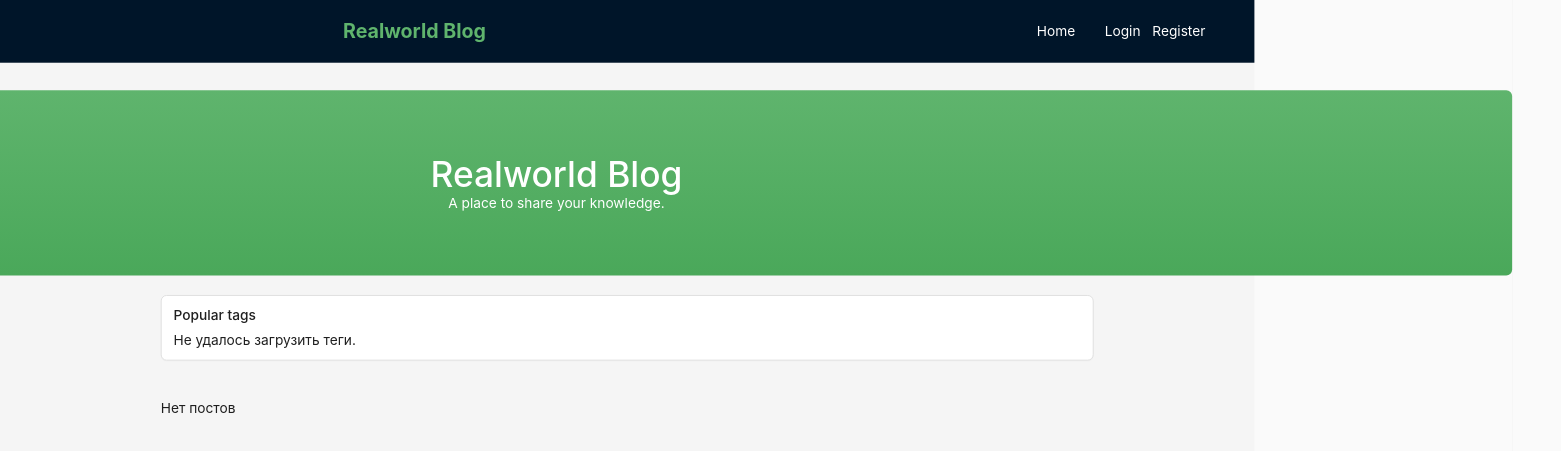
Repository: Rafged/S1mple-blog
Page: / (app in S1mple-blog-main/)
The author's editor kept a copy of each file at every save. The page is drawn from the files as they stood at one save, then again after the next save.
The browser window is 1280 px wide. The page is 1543 px wide, then 1593 px, so the pictures cover 1593 px, including what lies to the right of the window. The pictures show the whole page, at 98% of full size.
The page's requests for data from a server got no answer. The project was rebuilt for these pictures with package versions that can differ from the ones it lists, and the page was loaded fresh each time. No one was signed in, and anything a server would have sent is missing. Also part of the build but not shown: S1mple-blog-main/vite.config.js, S1mple-blog-main/src/pages/Login.jsx, S1mple-blog-main/src/pages/Register.jsx, S1mple-blog-main/src/pages/NewPost.jsx, S1mple-blog-main/src/pages/Settings.jsx, S1mple-blog-main/src/pages/Article.jsx, S1mple-blog-main/src/pages/Profile.css, S1mple-blog-main/src/pages/Profile.jsx.

Above is the page before, as saved 2025-10-06 14:50:52.

After the next save:
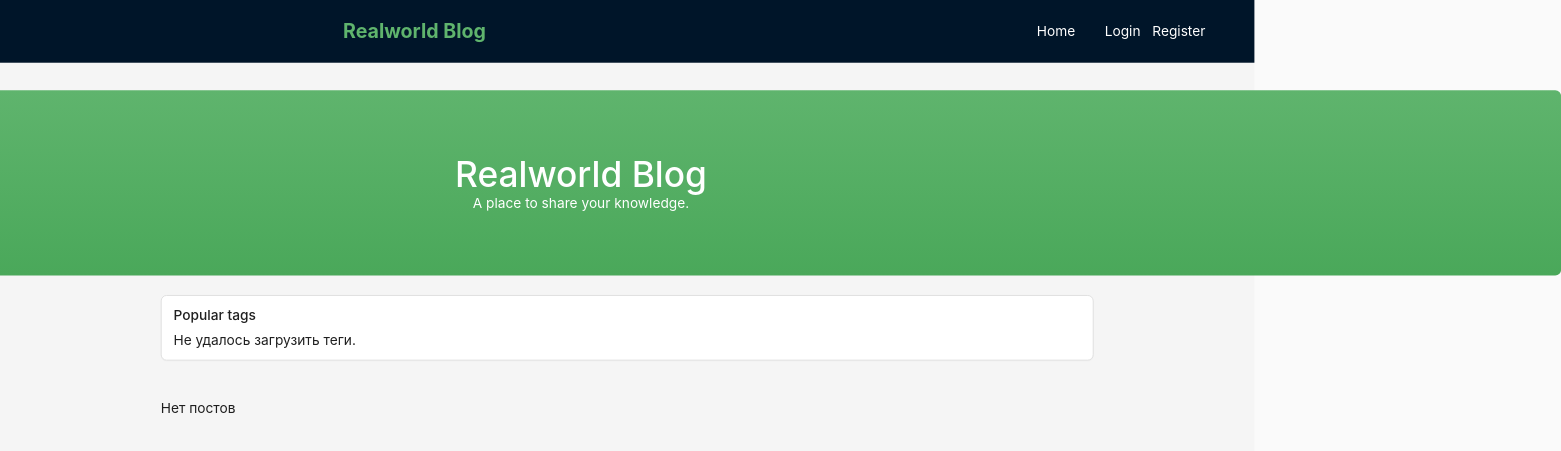
Saved 8 s later.
--- a/S1mple-blog-main/src/styles.css
+++ b/S1mple-blog-main/src/styles.css
@@ -2,7 +2,7 @@
 body{ font-family: Inter, "Open Sans", Arial, sans-serif; margin:0; background:#fafafa; color:#222 }
 .container{ max-width:1600px; margin:0 auto; padding:4px }
 .brand{ color:var(--green); font-weight:700; font-size:20px; margin-right:12px }
-.banner{ background:linear-gradient(180deg,#5fb46d,#4aa85a); color:#fff; padding:66px; border-radius:6px; margin-bottom:20px; width: 1950px; margin-left: -60%;}
+.banner{ background:linear-gradient(180deg,#5fb46d,#4aa85a); color:#fff; padding:66px; border-radius:6px; margin-bottom:20px; width: 2000px; margin-left: -60%;}
 .meta{ color:#777; margin-top:6px }
 
 
